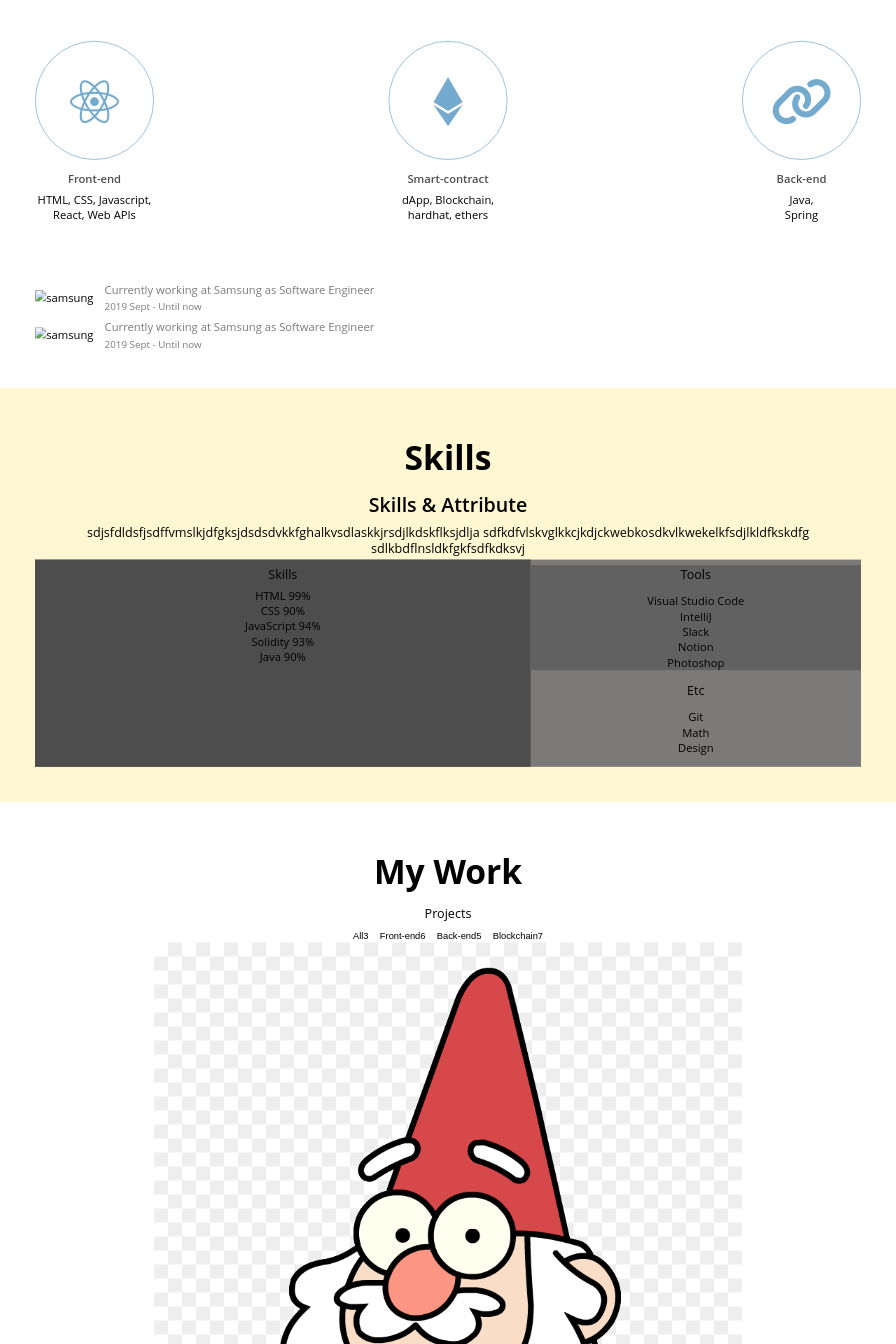
Repository: woojinShim/woojinShim.github.io
Page: index.html
An editor plug-in stored every save of this project. The page is shown before and after the next save, followed by the edit.
The browser window is 1280 px wide. The pictures show the part of the page from y = 929 to 2849 px (the page is 6957 px tall), at 70% of full size.
Some web libraries are served in a nearby version.

Above is the page before, as saved 2022-03-08 20:03:19.

After the next save:
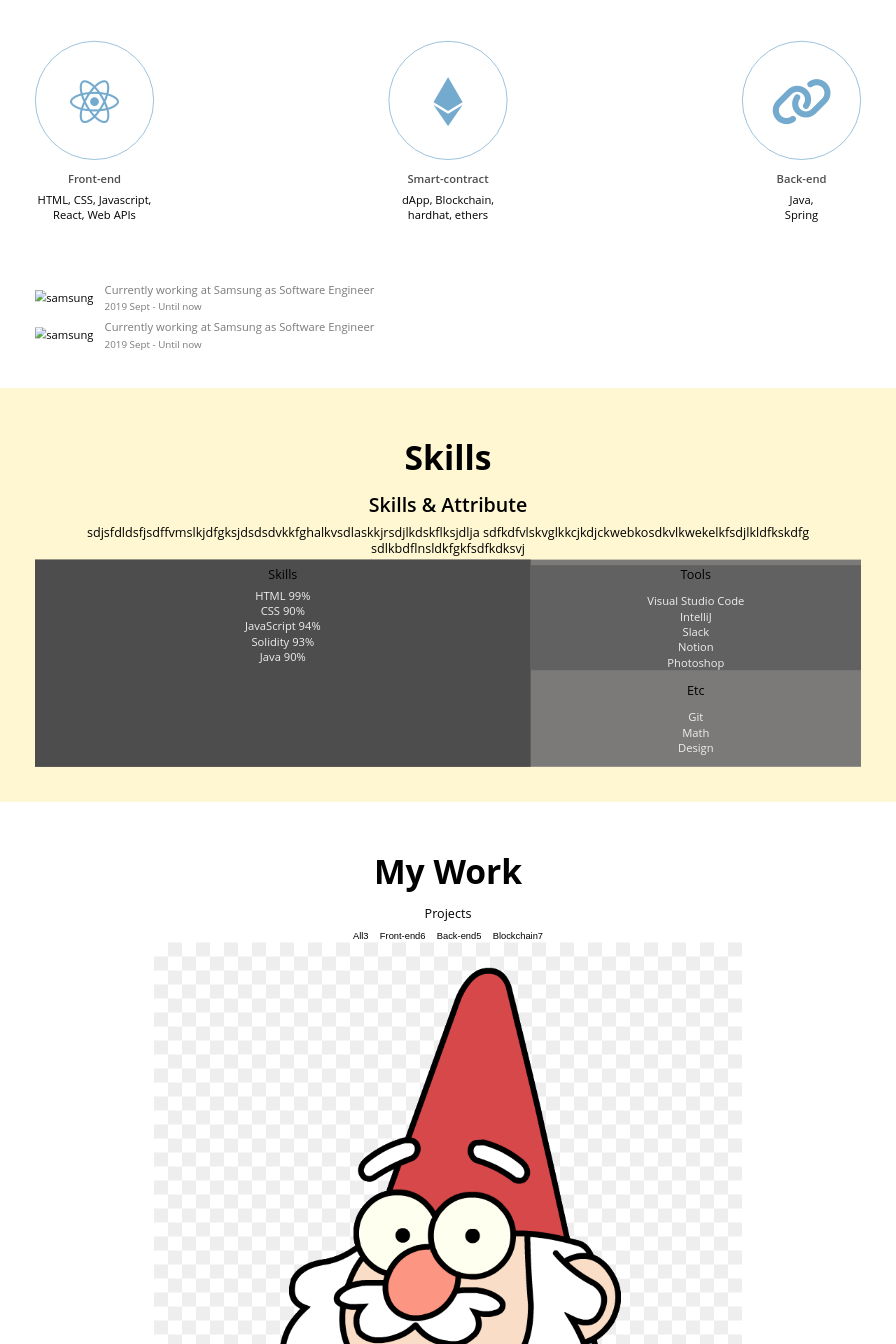
Saved 43 s later.
--- a/style.css
+++ b/style.css
@@ -230,6 +230,7 @@
 .skillset {
   display: flex;
   background-color: var(--color-light-grey);
+  color: var(--color-light-white);
 }
 
 .skillset__left {
